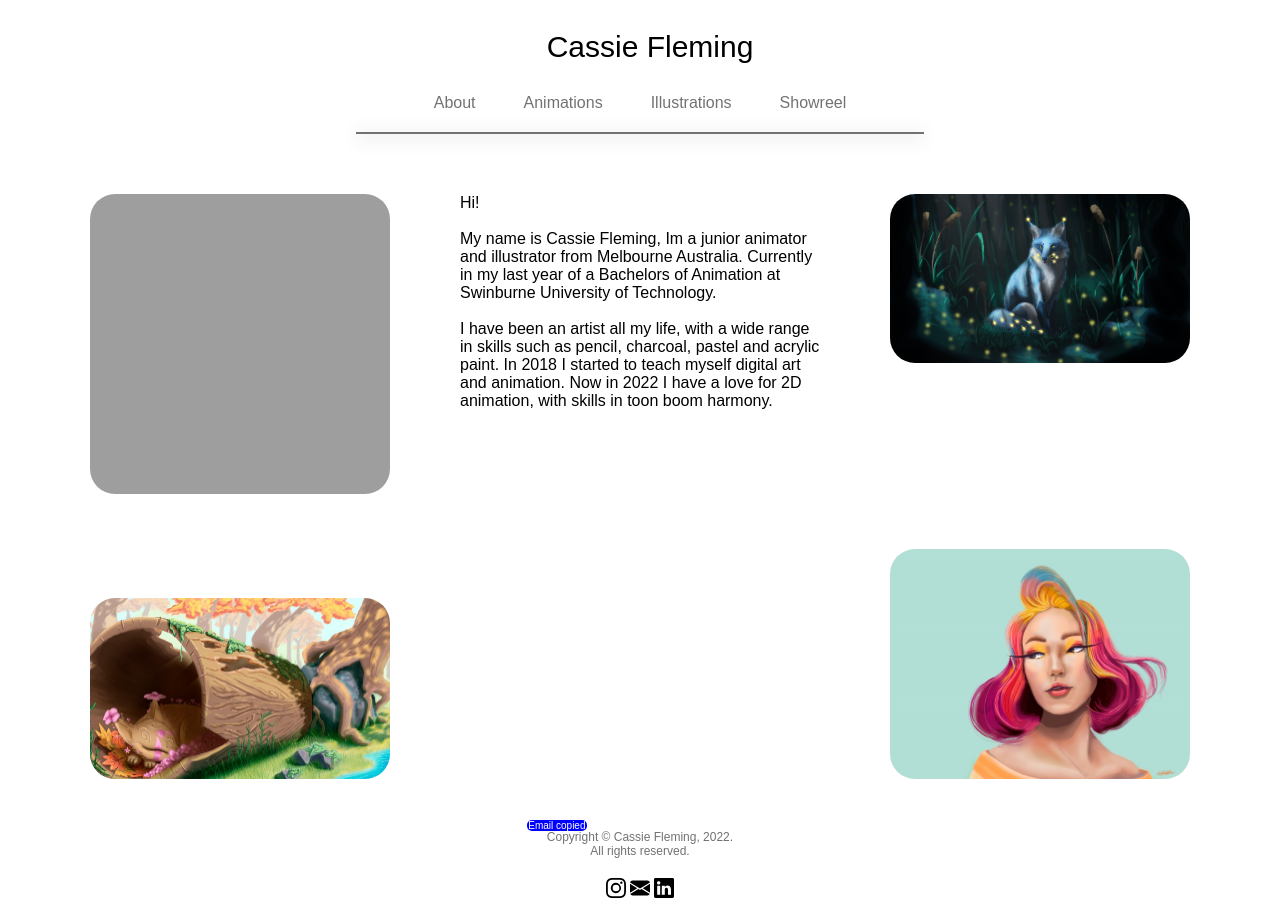
Repository: David-Waite/Cassie-Fleming-portfolio
Page: /
The author's editor kept a copy of each file at every save. The page is drawn from the files as they stood at one save, then again after a run of saves.
The browser window is 1280 px wide. The pictures show the whole page.
Pictures or frames that could not be fetched are drawn as grey boxes. Some web fonts or font styles are not loaded; a fallback is used. The project was rebuilt for these pictures with package versions that can differ from the ones it lists, and the page was loaded fresh each time. The framework's server and built-in components were replaced by stand-ins that run in the browser. Also part of the build but not shown: next.config.js.

Above is the page before, as saved 2022-09-11 17:53:58.

After the next 4 saves:
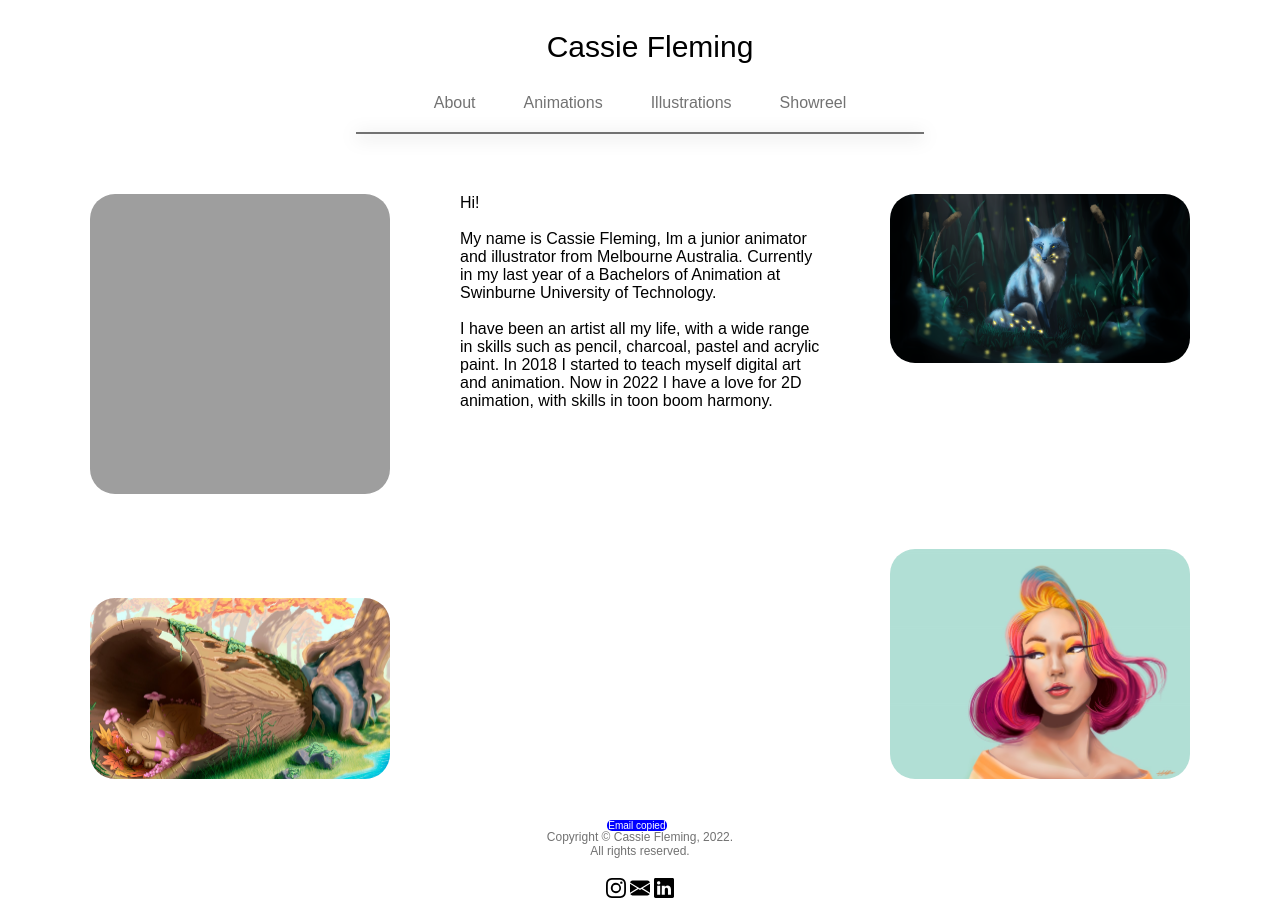
The 4 saves are shown as one change because they came seconds apart.
The last was saved 12 s later.
--- a/styles/globals.css
+++ b/styles/globals.css
@@ -107,7 +107,7 @@ footer {
 
   text-align: center;
   width: 60px;
-  left: -20px;
+  left: 60px;
   top: -10px;
   background-color: blue;
   color: #ffffff;
